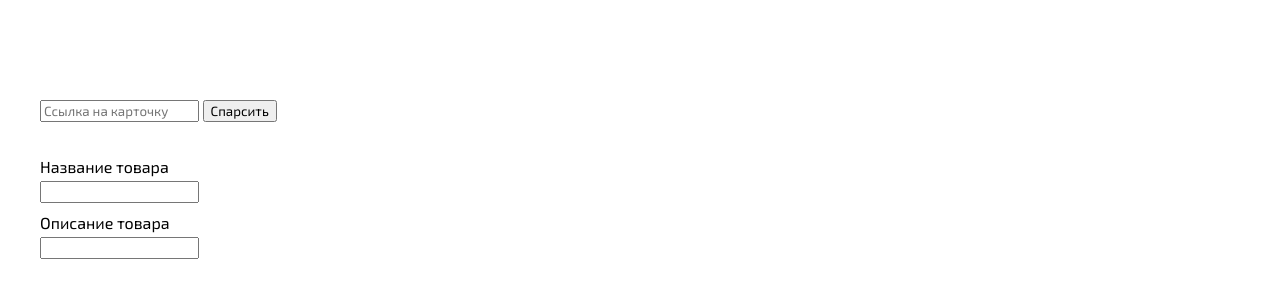
Repository: yozuul/wildberries-product-card-parser-api-exchange
Page: public/index.html
An editor plug-in stored every save of this project. The page is shown before and after the next save, followed by the edit.
The browser window is 1280 px wide. The pictures show the whole page.

Above is the page before, as saved 2021-08-18 17:36:47.

After the next save:
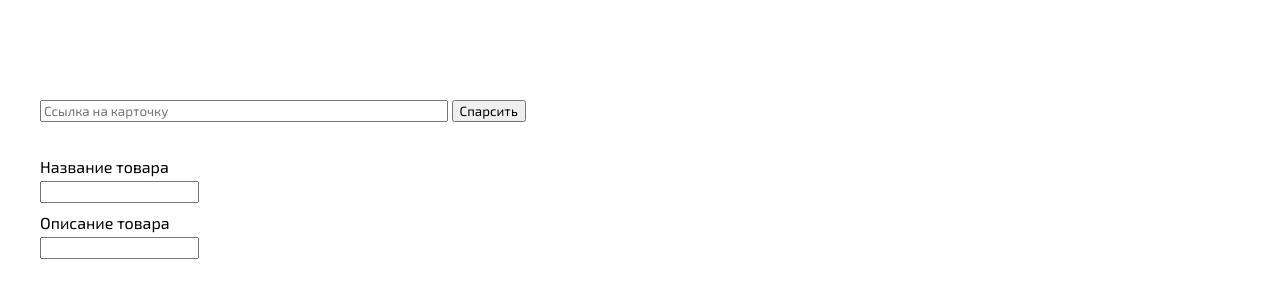
Saved 15 s later.
--- a/public/style.css
+++ b/public/style.css
@@ -17,6 +17,9 @@ body {
    display: flex;
    flex-wrap: wrap;
 }
+.parseForm input {
+   width: 400px;
+}
 .productForm {
    margin-top: 35px;
 }
